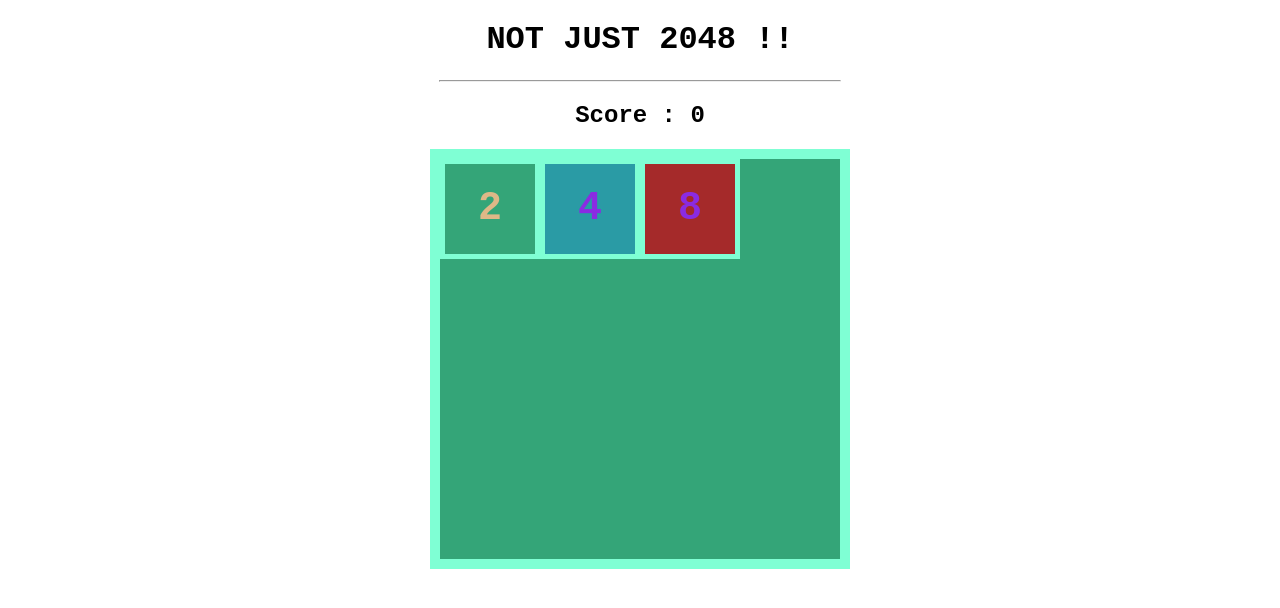
Repository: Prathamyadav1123/2048Game
Page: NotJust2048-main/2048.html
An editor plug-in stored every save of this project. The page is shown before and after a run of saves, followed by the edit.
The browser window is 1280 px wide. The pictures show the whole page.

Above is the page before, as saved 2023-05-31 19:55:26.

### NotJust2048-main/2048.html
<!DOCTYPE html>
<html>
    <head>
        <title>
            2048 game
        </title>
        <link rel= "stylesheet" href="2048.css"/>
        <script src= "2048.js"></script>
    </head>
    <body>
        <h1> NOT JUST 2048 !! </h1>
        <hr>
        <h2> Score : <span id="score"> 0 </span></h2>
        <div id="board">
            <div class="tile x1">2</div>
            <div class="tile x2">4</div>
            <div class="tile x8">8</div>
        </div>
    </body>
</html>

### NotJust2048-main/2048.css
body{
    font-family: 'Courier New', Courier, monospace;
    text-align: center;
}
hr{
    width: 400px;
}
#board{
    width: 400px;
    height: 400px;
    color: burlywood;
    background-color: rgb(52, 165, 120);
    border: 10px solid aquamarine;
    margin: 0 auto;
    display: flex;
    flex-wrap: wrap;
}
.tile{
    width:90px;
    height:90px;
    border:5px solid aquamarine;
    font-size: 40px;
    font-weight: bold;
    display: flex;
    justify-content: center;
    align-items: center;
}
.x2{
    background-color: rgb(42, 155, 165);
    color:blueviolet;
}
.x4{
    background-color: brown;
    color:blueviolet;
}
.x8{
    background-color: brown;
    color:blueviolet;
}

Loaded but not shown: NotJust2048-main/2048.js (no copy from this time; the picture is the same without it)

After the next 2 saves:
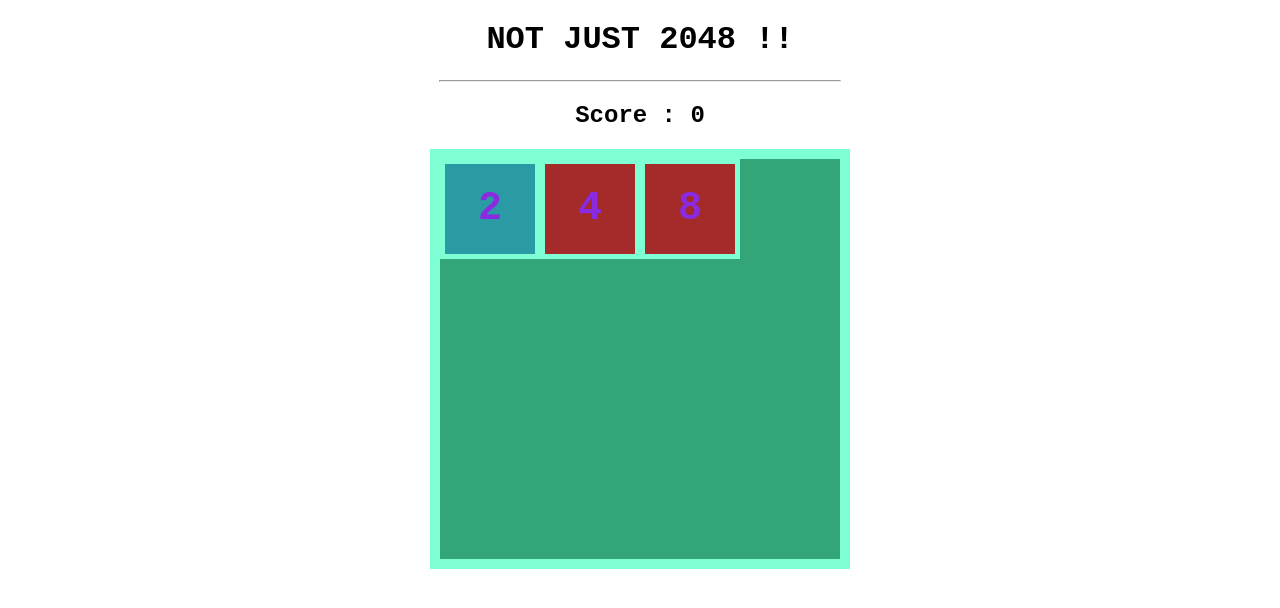
The 2 saves are shown as one change because they came seconds apart.
The last was saved 40 s later.
--- a/NotJust2048-main/2048.html
+++ b/NotJust2048-main/2048.html
@@ -12,8 +12,8 @@
         <hr>
         <h2> Score : <span id="score"> 0 </span></h2>
         <div id="board">
-            <div class="tile x1">2</div>
-            <div class="tile x2">4</div>
+            <div class="tile x2">2</div>
+            <div class="tile x4">4</div>
             <div class="tile x8">8</div>
         </div>
     </body>
